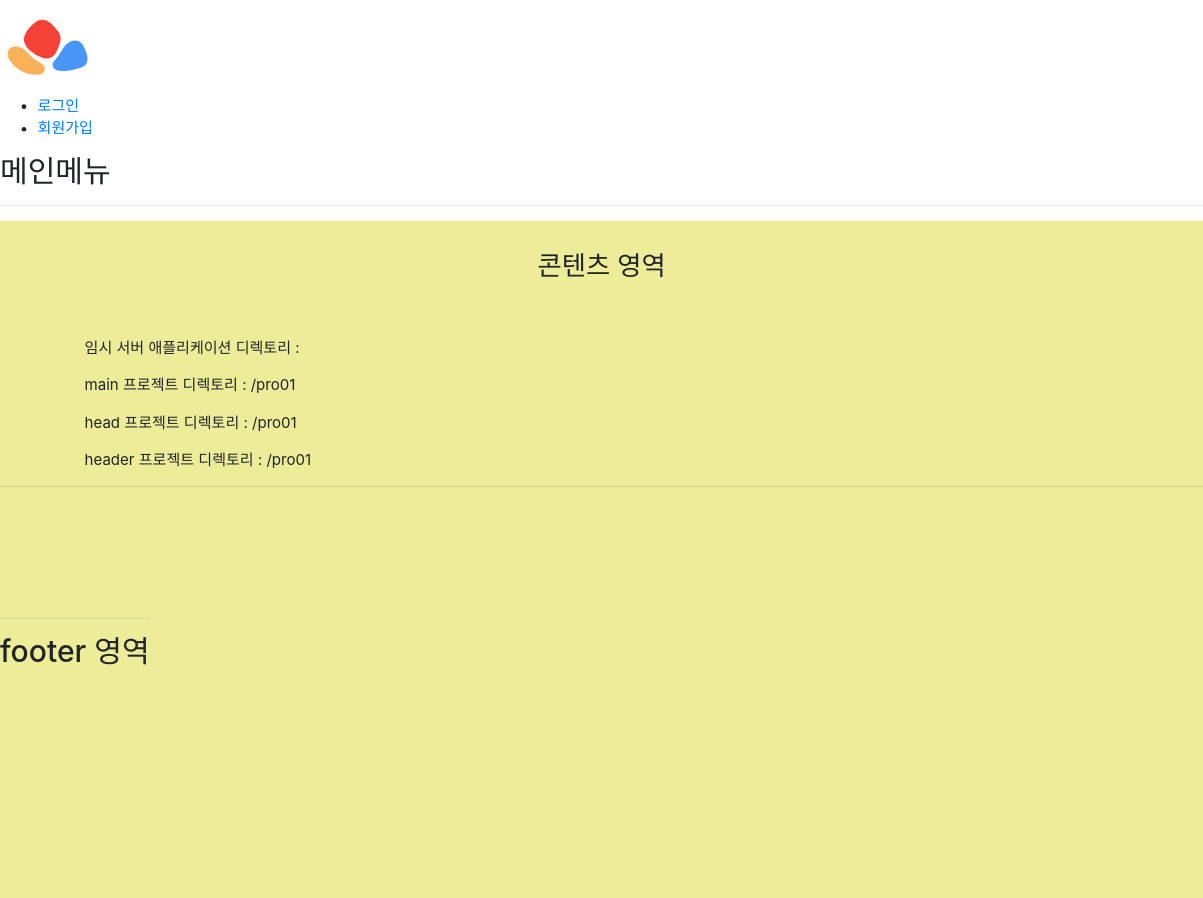
Repository: rnjsmj/pro01
Page: http://localhost/pro01/WEB-INF/index.jsp
An editor plug-in stored every save of this project. The page is shown before and after the next save, followed by the edit.
The browser window is 1280 px wide. The pictures show the whole page, at 94% of full size.
The page is served by Tomcat 9. Nobody is signed in. The template is opened directly, without the code that normally fills it, so the values that code supplies are empty.

Above is the page before, as saved 2024-04-04 01:10:21.

After the next save:
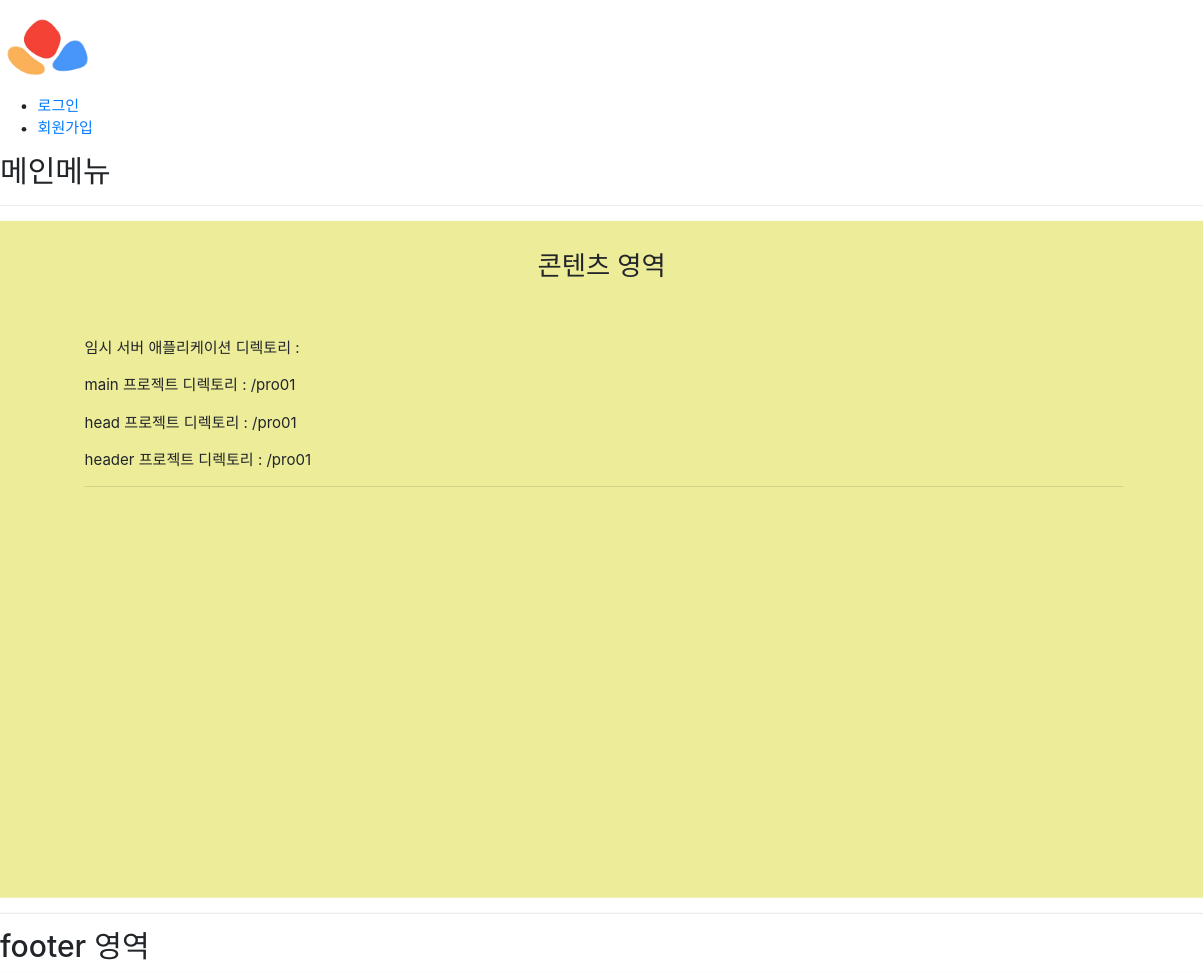
Saved 38 s later.
--- a/pro01/WebContent/WEB-INF/index.jsp
+++ b/pro01/WebContent/WEB-INF/index.jsp
@@ -37,12 +37,13 @@
 			<p>header 프로젝트 디렉토리 : ${hpath }</p>
 			<!-- contextPath : ip주소와 포트번호를 내장한 프로젝트 디렉토리 -->
 		</div>
+		<hr>
 	</section>
 
-	<hr>
+
 </div>
 
-<div id="footer" style="position:absolute; bottom:0;">
+<div id="footer">
 	<%@ include file="/footer.jsp" %>
 </div>
 </body>
